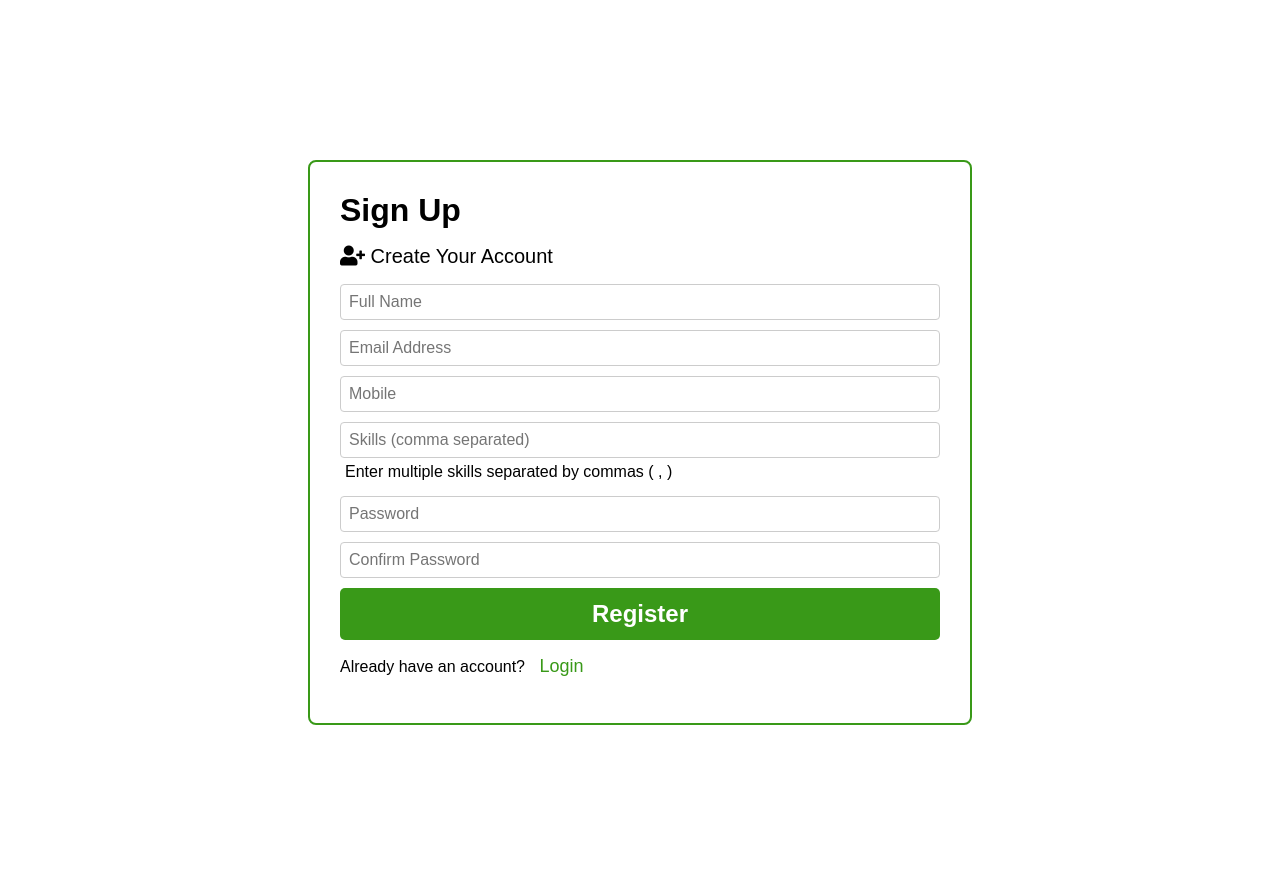
Repository: sayyad-mukthumsa-123/DevMania
Page: /register (app in frontend/)
These files come from the project's save history. The page is drawn as it stood at one moment and after the next save; the edit follows.
The browser window is 1280 px wide. The pictures show the whole page.
The project was rebuilt for these pictures with package versions that can differ from the ones it lists, and the page was loaded fresh each time. Also part of the build but not shown: frontend/src/pages/Home.js, frontend/src/pages/login.js, frontend/src/pages/Allprofiles.js, frontend/src/pages/MyProfile.js, frontend/src/pages/Indprofile.js.

Above is the page before, as saved 2025-03-01 10:42:19.

After the next save:
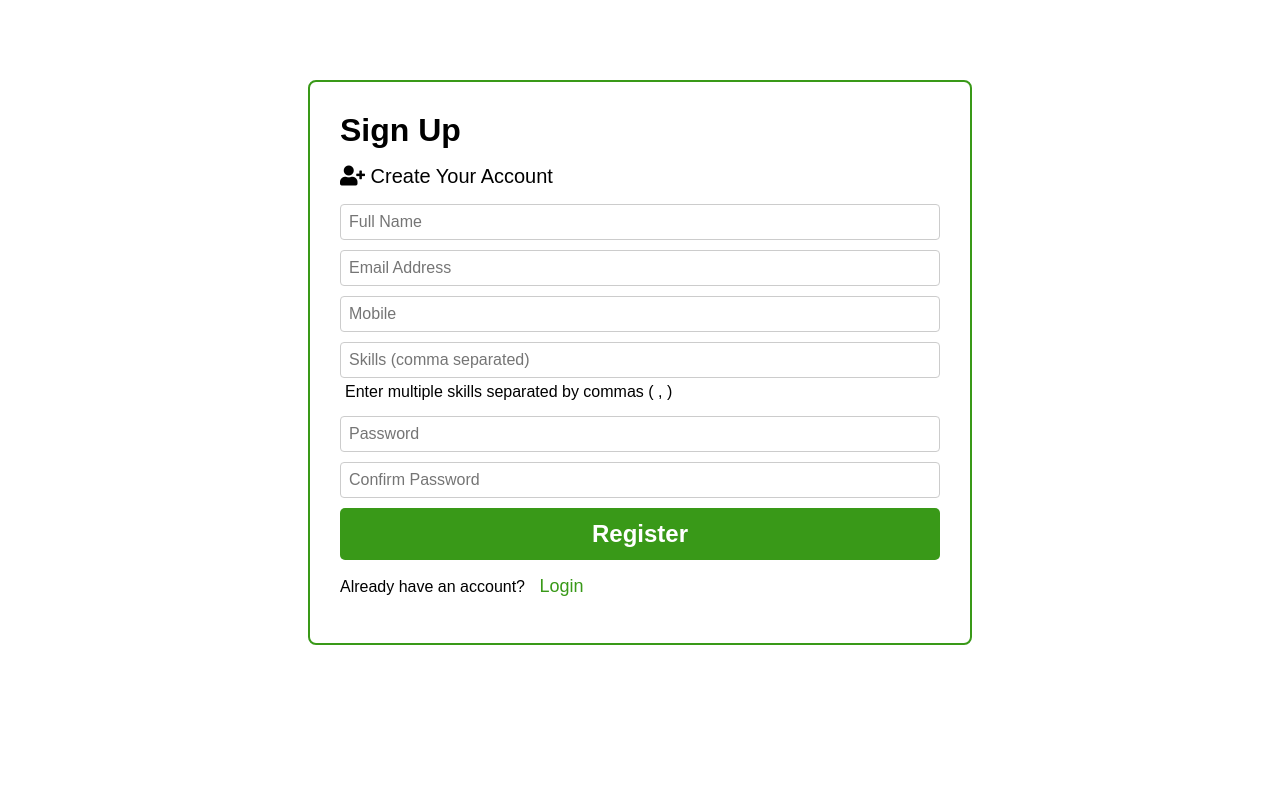
Saved 5 s later.
--- a/frontend/src/styles/styles.css
+++ b/frontend/src/styles/styles.css
@@ -130,7 +130,7 @@ body, html {
 /* Container styles */
 .container {
   width: 600px;
-  margin: 10rem auto;
+  margin: 5rem auto;
   padding: 30px;
   border: 2px solid #399918;
   color: black;
